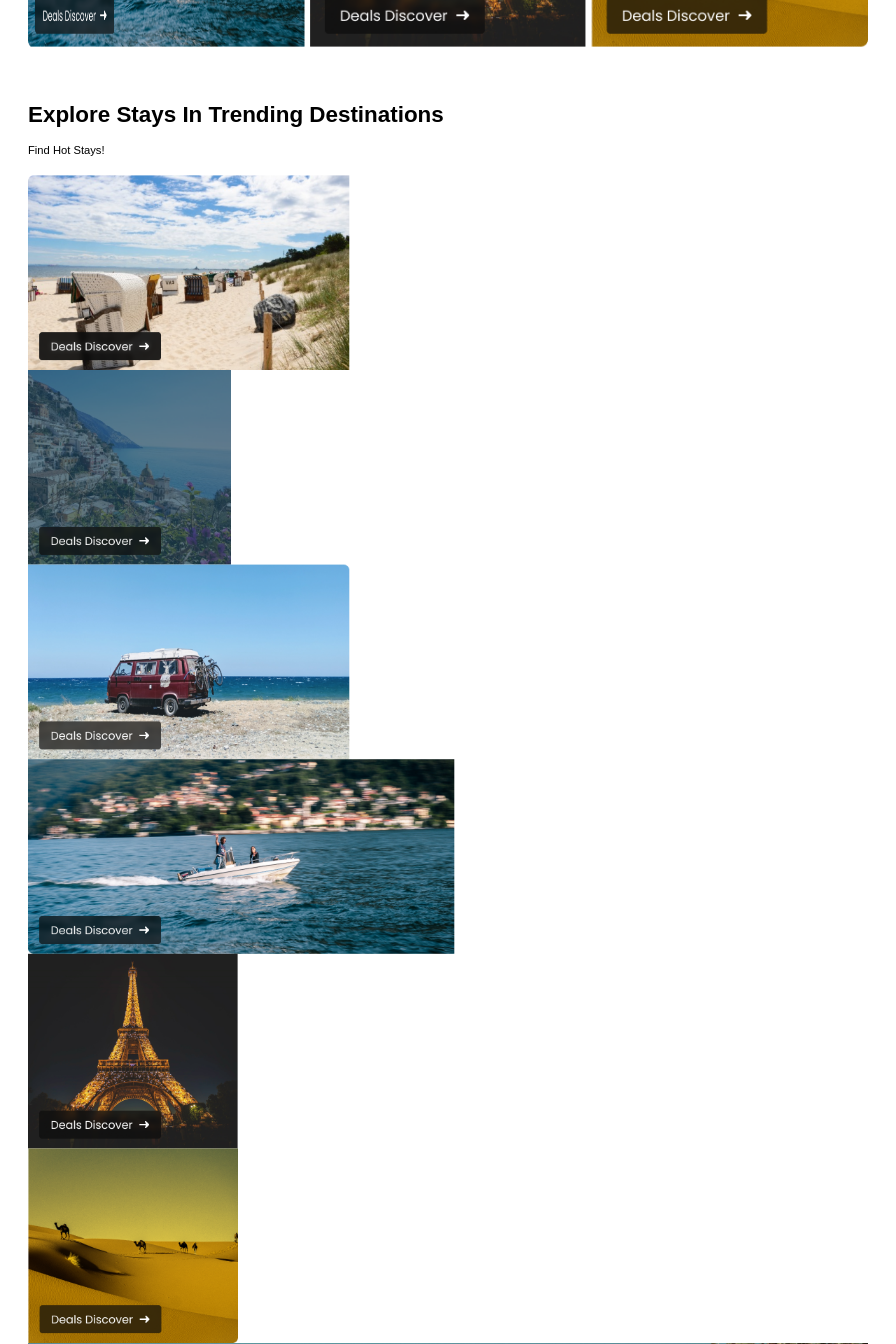
Repository: Quynhhuong150322/DIKO_STUDY_TRAVEL_WEB
Page: /
The author's editor kept a copy of each file at every save. The page is drawn from the files as they stood at one save, then again after the next save.
The browser window is 1280 px wide. The pictures show the part of the page from y = 1442 to 3362 px (the page is 8042 px tall before and 2703 px after), at 70% of full size.
The project was rebuilt for these pictures with package versions that can differ from the ones it lists, and the page was loaded fresh each time. Also part of the build but not shown: src/components/Login.js, src/components/Register.js. Imported but missing from the stored project, and not drawn on this page: src/redux/slices/authSlice.

Above is the page before, as saved 2024-02-23 11:12:52.

After the next save:
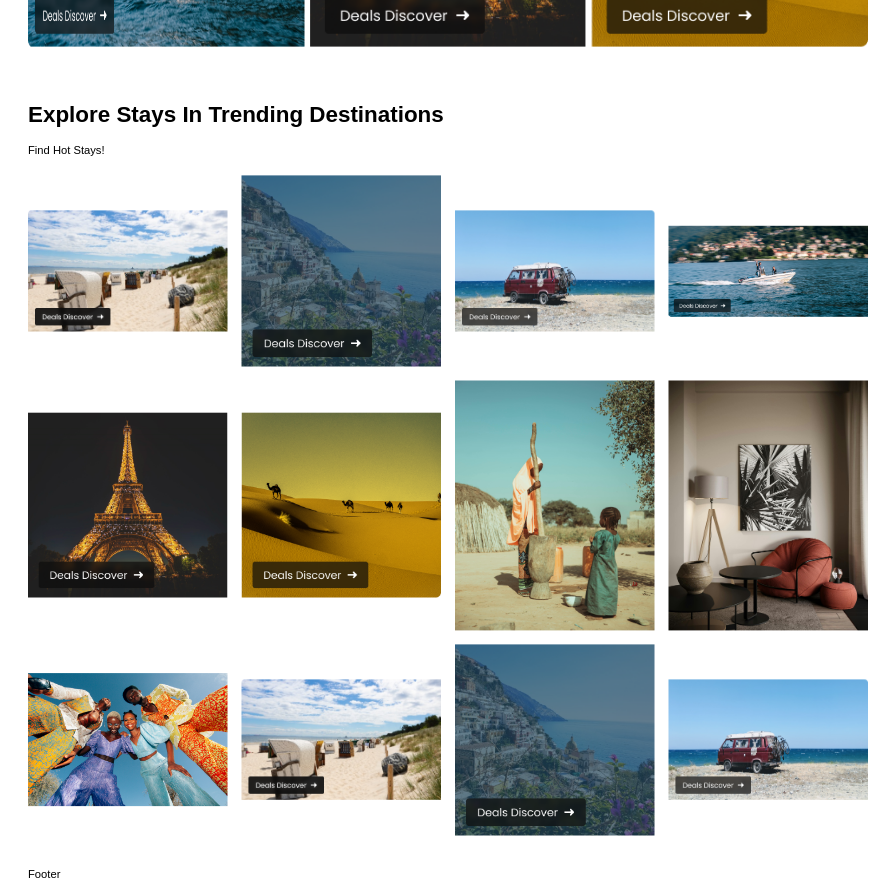
Saved 3 min 18 s later.
--- a/src/pages/LangdingPage/Langding.js
+++ b/src/pages/LangdingPage/Langding.js
@@ -241,15 +241,15 @@ const Langding = () => {
           <p>Find Hot Stays!</p>
         </div>
         {/* ImageCard */}
-        <div className=''>
+        <div className='grid gird-col-1 grid-cols-4 place-items-center gap-5'>
+          {
+            ListCard.map((data) => (
+              <div className=''>
+                <img src={data.img} alt="" />
+              </div>
+            ))
+          }
           <div className=''>
-            {
-              ListCard.map((data) => (
-                <div className=''>
-                  <img src={data.img} alt="" />
-                </div>
-              ))
-            }
           </div>
         </div>
       </div>
